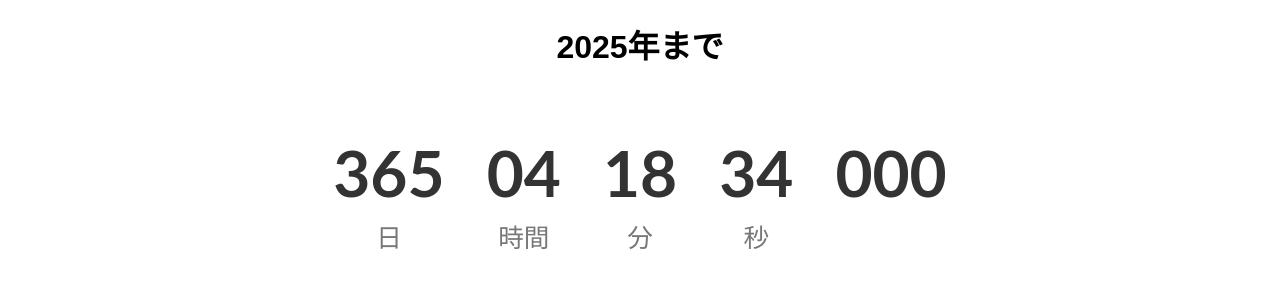
Repository: end888160/end888160.github.io
Page: countdown.ja.html
An editor plug-in stored every save of this project. The page is shown before and after the next save, followed by the edit.
The browser window is 1280 px wide. The pictures show the whole page.

Above is the page before, as saved 2024-09-22 02:18:32.

### countdown.ja.html
<!DOCTYPE html>
<html lang="ja">
<head>
	<meta charset="UTF-8">
	<meta name="viewport" content="width=device-width, initial-scale=1.0">
	<meta name="description" content="新年を祝いましょう！">
	<title>カウントダウン</title>
	<style>
	#countdown {
		display: flex;
		justify-content: center;
		align-items: center;
		font-family: 'Lato', 'Noto Sans JP', 'ヒラギノ角ゴ ProN', 'Hiragino Kaku Gothic ProN', 'メイリオ', Meiryo, 'ＭＳ Ｐゴシック', 'MS PGothic', sans-serif;
		font-size: xx-large;
		margin-top: 5%;
		color: #333;
	}

	.countdown-item {
		margin: 0 10px;
		text-align: center;
	}

	.countdown-value {
		font-size: 2em;
		font-weight: bold;
	}

	.countdown-label {
		font-size: 0.8em;
		color: #777;
	}
	td {
		padding-left: 20px;
		padding-right: 20px;
	}
	h1 {
		text-align: center;
		font-family: Arial, Helvetica, sans-serif;
		font-size: xx-large;
	}
	@media (prefers-color-scheme: light) {
		html {
			background-color: white;
			color: black;
		}
	}
	@media (prefers-color-scheme: dark) {
		.countdown-item {
			color: #bbb
		}
			html {
			background-color: black;
			color: white;
		}
	}
	</style>
</head>
<body>
	<h1 id="header"></h1>
	<div id="countdown">
	<table class="countdown-item">
	<tr>
		<td><span class="countdown-value" id="days"></span></td>
		<td><span class="countdown-value" id="hours"></span></td>
		<td><span class="countdown-value" id="minutes"></span></td>
		<td><span class="countdown-value" id="seconds"></span></td>
		<td><span class="countdown-value" id="mseconds"></span><span class="countdown-label"></span></td>
	</tr>
		<td><span class="countdown-label">日</span></td>
		<td><span class="countdown-label">時間</span></td>
		<td><span class="countdown-label">分</span></td>
		<td><span class="countdown-label">秒</span></td>
		<td></td>
</table>

	<script>

// Update the count down every 1 second]

var countDownTarget = new Date().getFullYear() + 1;

var x = setInterval(function() {

	// Set the date we're counting down to
	var countDownDate = new Date("Jan 1, " + countDownTarget + " 00:00:00").getTime();
	var currentTimeZone = Intl.DateTimeFormat().resolvedOptions().timeZone

	// Get today's date and time
	var now = new Date().getTime();

	// Find the distance between now and the count down date
	var distance = countDownDate - now;

	// Time calculations for days, hours, minutes and seconds
	var days = Math.floor(distance / (1000 * 60 * 60 * 24));
	var hours = Math.floor((distance % (1000 * 60 * 60 * 24)) / (1000 * 60 * 60));
	var hour = hours < 10 ? "0" + hours : hours;
	var minutes = Math.floor((distance % (1000 * 60 * 60)) / (1000 * 60));
	var minute = minutes < 10 ? "0" + minutes : minutes;
	var seconds = Math.floor((distance % (1000 * 60)) / 1000);
	var second = seconds < 10 ? "0" + seconds : seconds;
	var mseconds = Math.floor(distance % 1000);
	var msecond = mseconds < 10 ? "0" + "0" + mseconds : mseconds < 100 ? "0" + mseconds : mseconds;

	// Display the result in the element with id="countdown"
	document.getElementById("days").innerHTML = days;
	document.getElementById("hours").innerHTML = hour;
	document.getElementById("minutes").innerHTML = minute;
	document.getElementById("seconds").innerHTML = second;
	document.getElementById("mseconds").innerHTML = msecond;
	if ( currentTimeZone === "undefined" ) {
		document.getElementById("header").innerHTML = countDownTarget + "年まで"
	} else {
		document.getElementById("header").innerHTML = countDownTarget + "年まで"
	}


	// If the count down is finished, write some text
	if (distance < 0) {
		clearInterval(x);
		document.getElementById("countdown").innerHTML = "HAPPY NEW YEAR!";
	}
}, 0);
document.title = countDownTarget +"年へのカウントダウン";
	</script>
</body>
</html>

After the next save:
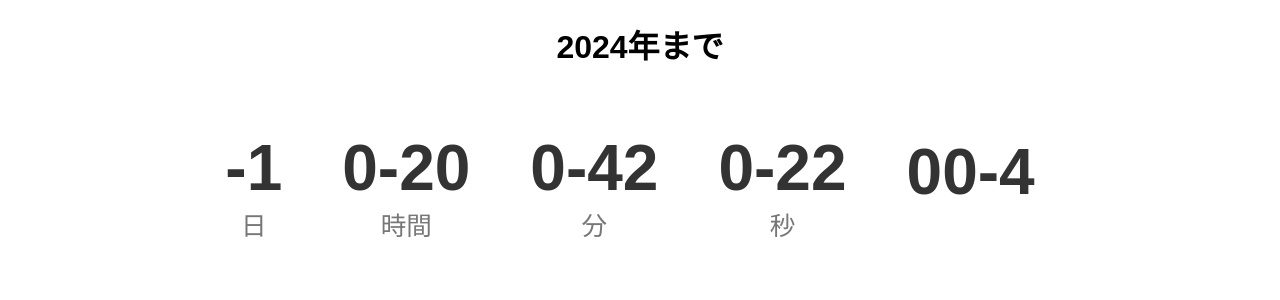
Console error: ReferenceError: countdown is not defined
Saved 96 min 36 s later.
--- a/countdown.ja.html
+++ b/countdown.ja.html
@@ -1,16 +1,17 @@
 <!DOCTYPE html>
-<html lang="ja">
+<html lang="en">
 <head>
 	<meta charset="UTF-8">
 	<meta name="viewport" content="width=device-width, initial-scale=1.0">
-	<meta name="description" content="新年を祝いましょう！">
+	<meta name="description" content="Let's celebrate the New Year!">
 	<title>カウントダウン</title>
 	<style>
-	#countdown {
+	.countdown {
 		display: flex;
 		justify-content: center;
 		align-items: center;
-		font-family: 'Lato', 'Noto Sans JP', 'ヒラギノ角ゴ ProN', 'Hiragino Kaku Gothic ProN', 'メイリオ', Meiryo, 'ＭＳ Ｐゴシック', 'MS PGothic', sans-serif;
+		text-align: center;
+		font-family: Arial, Helvetica, sans-serif;
 		font-size: xx-large;
 		margin-top: 5%;
 		color: #333;
@@ -19,68 +20,116 @@
 	.countdown-item {
 		margin: 0 10px;
 		text-align: center;
+
 	}
 
 	.countdown-value {
 		font-size: 2em;
 		font-weight: bold;
+		padding-left: 20px;
+		padding-right: 20px;
+
 	}
 
 	.countdown-label {
 		font-size: 0.8em;
+
 		color: #777;
-	}
-	td {
-		padding-left: 20px;
-		padding-right: 20px;
 	}
 	h1 {
 		text-align: center;
 		font-family: Arial, Helvetica, sans-serif;
 		font-size: xx-large;
+
 	}
+
 	@media (prefers-color-scheme: light) {
 		html {
 			background-color: white;
 			color: black;
+		}
+		h2 {
+			color:white;
 		}
 	}
 	@media (prefers-color-scheme: dark) {
 		.countdown-item {
 			color: #bbb
 		}
-			html {
+		h2 {
+			color:black;
+		}
+		html {
 			background-color: black;
 			color: white;
+		}
+	}
+	@media only screen and (orientation: portrait) {
+		.countdown {
+			display: block;
+		}
+		.countdown-value {
+			padding-top: 3px;
+
+		}
+		h1 {
+			font-size: x-large;
 		}
 	}
 	</style>
 </head>
 <body>
 	<h1 id="header"></h1>
-	<div id="countdown">
-	<table class="countdown-item">
-	<tr>
-		<td><span class="countdown-value" id="days"></span></td>
-		<td><span class="countdown-value" id="hours"></span></td>
-		<td><span class="countdown-value" id="minutes"></span></td>
-		<td><span class="countdown-value" id="seconds"></span></td>
-		<td><span class="countdown-value" id="mseconds"></span><span class="countdown-label"></span></td>
-	</tr>
-		<td><span class="countdown-label">日</span></td>
-		<td><span class="countdown-label">時間</span></td>
-		<td><span class="countdown-label">分</span></td>
-		<td><span class="countdown-label">秒</span></td>
-		<td></td>
-</table>
+	<div class="countdown">
+	<div class="countdown-item">
+		<div class="countdown-value" id="days"></div>
+		<div class="countdown-label">日</div>
+	</div>
+	<div class="countdown-item">
+		<div class="countdown-value" id="hours"></div>
+		<div class="countdown-label">時間</div>
+	</div>
+	<div class="countdown-item">
+		<div class="countdown-value" id="minutes"></div>
+		<div class="countdown-label">分</div>
+	</div>
+	<div class="countdown-item">
+		<div class="countdown-value" id="seconds"></div>
+		<div class="countdown-label">秒</div>
+	</div>
+	<div class="countdown-item">
+		<div class="countdown-value" id="mseconds"></div>
+		<div class="countdown-label"><br></div>
+	</div>
+	<div class="countdown-item">
 
-	<script>
+
+
+
+	</div>
+</div>
+
+<script>
 
 // Update the count down every 1 second]
+if ( new Date().getMonth() + 1 === 1 )  {
+    var IfMonth = true
+} else {
+	var IfMonth = "false"
+}
+if ( new Date().getDate() === 1 )  {
+    var IfDate = true
+} else {
+	var IfMonth = "false"
+}
+if ( IfMonth === IfDate ) {
+    var countDownTarget = new Date().getFullYear();
+} else {
+	var countDownTarget = new Date().getFullYear() + 1;
+}
 
-var countDownTarget = new Date().getFullYear() + 1;
 
-var x = setInterval(function() {
+var x = setInterval(function countdown() {
 
 	// Set the date we're counting down to
 	var countDownDate = new Date("Jan 1, " + countDownTarget + " 00:00:00").getTime();
@@ -109,11 +158,7 @@ var x = setInterval(function() {
 	document.getElementById("minutes").innerHTML = minute;
 	document.getElementById("seconds").innerHTML = second;
 	document.getElementById("mseconds").innerHTML = msecond;
-	if ( currentTimeZone === "undefined" ) {
-		document.getElementById("header").innerHTML = countDownTarget + "年まで"
-	} else {
-		document.getElementById("header").innerHTML = countDownTarget + "年まで"
-	}
+	document.getElementById("header").innerHTML = countDownTarget + "年まで"
 
 
 	// If the count down is finished, write some text
@@ -121,8 +166,10 @@ var x = setInterval(function() {
 		clearInterval(x);
 		document.getElementById("countdown").innerHTML = "HAPPY NEW YEAR!";
 	}
+	setTimeout(countdown, 1);
 }, 0);
-document.title = countDownTarget +"年へのカウントダウン";
-	</script>
+document.title = "Countdown to " + countDownTarget;
+countdown()
+</script>
 </body>
 </html>
